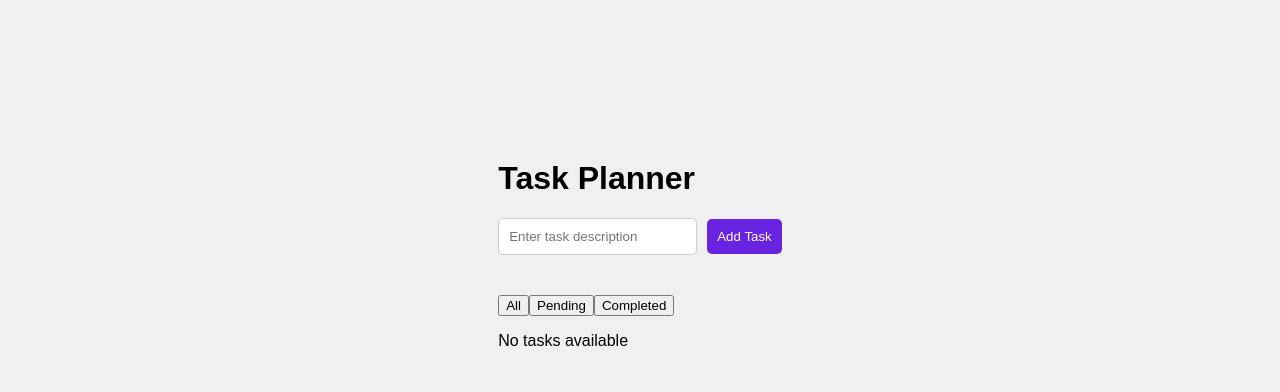
Repository: jgache/COMP-3170-0-Lab4
Page: /
The author's editor kept a copy of each file at every save. The page is drawn from the files as they stood at one save, then again after the next save.
The browser window is 1280 px wide. The pictures show the whole page.
The project was rebuilt for these pictures with package versions that can differ from the ones it lists, and the page was loaded fresh each time. Also part of the build but not shown: vite.config.js.

Above is the page before, as saved 2024-10-29 22:25:20.

### index.html
<!doctype html>
<html lang="en">
  <head>
    <meta charset="UTF-8" />
    <link rel="icon" type="image/svg+xml" href="/vite.svg" />
    <meta name="viewport" content="width=device-width, initial-scale=1.0" />
    <title>Epic To-Do List</title>
  </head>
  <body>
    <div id="root"></div>
    <script type="module" src="/src/main.jsx"></script>
  </body>
</html>

### src/App.jsx
import { useState } from "react";
import TaskForm from "./components/TaskForm";
import TaskList from "./components/TaskList";
import "./index.css";
function App() {
  const [tasks, setTasks] = useState([]);
  const [filter, setFilter] = useState('All'); // New filter state for task view


  const addTask = (task) => {
      setTasks([...tasks, task]);
  };

  const toggleComplete = (taskId) => {
      setTasks(tasks.map(task =>
          task.id === taskId ? { ...task, completed: !task.completed } : task
      ));
  };

  const deleteTask = (taskId) => {
      setTasks(tasks.filter(task => task.id !== taskId));
  };

  // Filter tasks based on the selected filter type
  const getFilteredTasks = () => {
      if (filter === 'Completed') return tasks.filter(task => task.completed);
      if (filter === 'Pending') return tasks.filter(task => !task.completed);
      return tasks; // All tasks
  };

  return (
      <div className="app">
          <h1>Task Planner</h1>
          <TaskForm addTask={addTask} />

          {/* Filter Buttons */}
          <div>
              <button onClick={() => setFilter('All')}>All</button>
              <button onClick={() => setFilter('Pending')}>Pending</button>
              <button onClick={() => setFilter('Completed')}>Completed</button>
          </div>

          {/* Pass filtered tasks to TaskList */}
          <TaskList
              tasks={getFilteredTasks()}
              toggleComplete={toggleComplete}
              deleteTask={deleteTask}
          />
      </div>
  );
}

export default App;

### src/index.css
body {
    margin: 0;
    height: 70vh;
    display: flex;
    justify-content: center;
    align-items: center;
    font-family: Arial, sans-serif;
    background-color: #f0f0f0;
}

.llama-image{
    width: 30%;
    margin-top: -3%;
    margin-bottom: 30px;
}

.app-container {
    text-align: center;
    padding: 20px;
    background-color: white;
    border-radius: 10px;
    max-width: 800px;
    width: 100%;
}

form input {
    padding: 10px;
    margin-right: 10px;
    border: 1px solid #ccc;
    border-radius: 5px;
    margin-bottom: 40px;
}

form button {
    padding: 10px;
    border: none;
    background-color: #6923e1;
    color: white;
    border-radius: 5px;
    cursor: pointer;
}

form button:hover {
    background-color: #8600b3;
}

.task {
    margin: 10px 0;
    padding: 10px;
    background-color: #f9f9f9;
    border-radius: 5px;
    display: flex;
    justify-content: space-between;
    align-items: center;
}

.task input {
    margin-right: 10px;
}

.task button {
    text-decoration: none;
    padding: 5px 10px;
    border: none;
    background-color: red;
    color: white;
    border-radius: 5px;
    cursor: pointer;
}

.task button:hover {
    background-color: darkred;
}

### src/components/TaskForm.jsx
import React, { useState } from 'react';

function TaskForm({ addTask }) {
    const [description, setDescription] = useState("");

    const handleSubmit = (e) => {
        e.preventDefault();
        if (description.trim()) {
            addTask({
                id: Date.now(), // unique ID for each task
                description,
                completed: false // default to incomplete
            });
            setDescription(""); // reset input
        }
    };

    return (
        <form onSubmit={handleSubmit}>
            <input
                type="text"
                value={description}
                onChange={(e) => setDescription(e.target.value)}
                placeholder="Enter task description"
            />
            <button type="submit">Add Task</button>
        </form>
    );
}

export default TaskForm;

### src/components/TaskList.jsx
import React from 'react';
import Task from './Task';

function TaskList({ tasks, toggleComplete, deleteTask }) {
    return (
        <div className="task-list">
            {tasks.length > 0 ? (
                tasks.map(task => (
                    <Task
                        key={task.id}
                        task={task}
                        toggleComplete={toggleComplete}
                        deleteTask={deleteTask}
                    />
                ))
            ) : (
                <p>No tasks available</p>
            )}
        </div>
    );
}

export default TaskList;

### src/components/Task.jsx
function Task({ task, toggleComplete, deleteTask }) {
    return (
        <div className="task">
            <input
                type="checkbox"
                checked={task.completed}
                onChange={() => toggleComplete(task.id)}
            />
            <span style={{ textDecoration: task.completed ? 'line-through' : 'none' }}>
                {task.description}
            </span>
            <button onClick={() => deleteTask(task.id)}>Delete</button>
        </div>
    );
}

export default Task;

Loaded but not shown: src/main.jsx (common file)

After the next save:
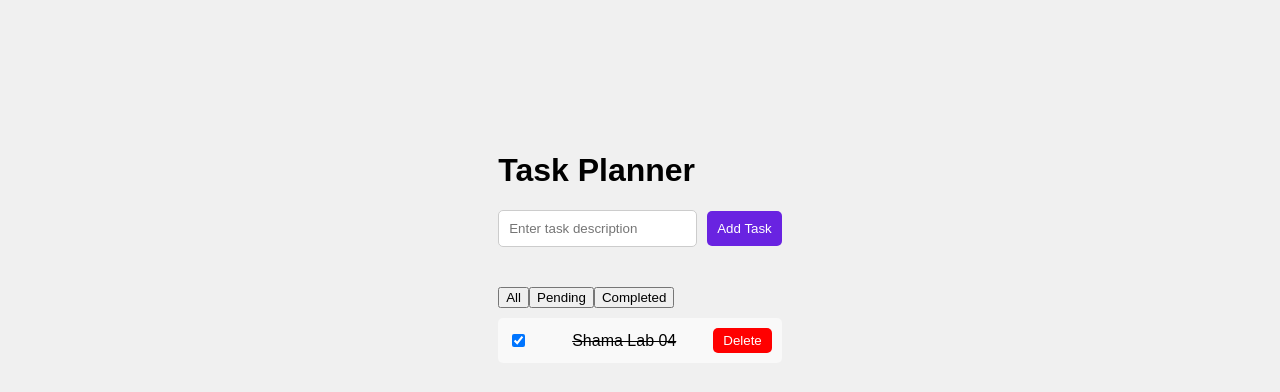
Saved 4 s later.
--- a/src/App.jsx
+++ b/src/App.jsx
@@ -3,7 +3,10 @@ import TaskForm from "./components/TaskForm";
 import TaskList from "./components/TaskList";
 import "./index.css";
 function App() {
-  const [tasks, setTasks] = useState([]);
+  const [tasks, setTasks] = useState([
+    { id: 1, description: "Shama Lab 04", completed: true },
+  ]);
+
   const [filter, setFilter] = useState('All'); // New filter state for task view
 
 
